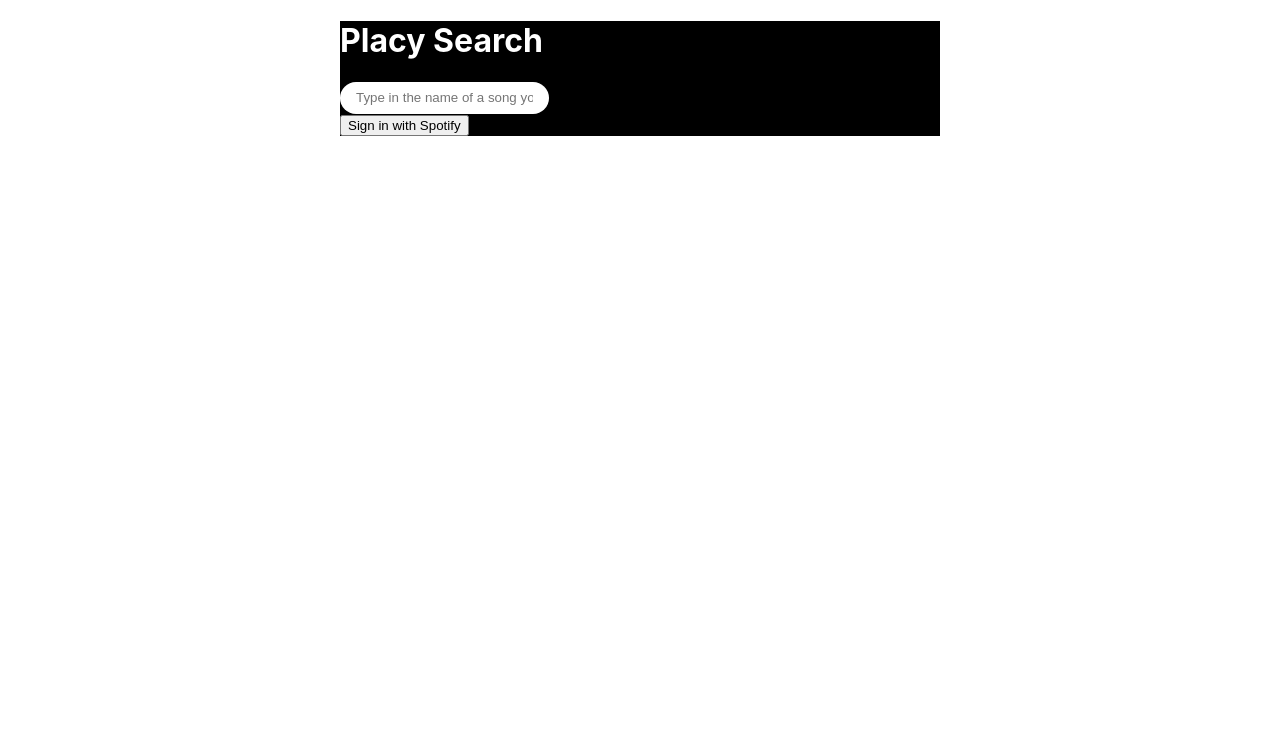
Repository: hideodaikoku/placy-jr
Page: /
An editor plug-in stored every save of this project. The page is shown before and after the next save, followed by the edit.
The browser window is 1280 px wide. The pictures show the whole page.
The project was rebuilt for these pictures with package versions that can differ from the ones it lists, and the page was loaded fresh each time.

Above is the page before, as saved 2020-03-17 01:28:06.

### public/index.html
<!DOCTYPE html>
<html lang="en">
  <head>
    <meta charset="utf-8" />
    <link rel="icon" href="%PUBLIC_URL%/favicon.ico" />
    <meta name="viewport" content="width=device-width, initial-scale=1" />
    <link rel="apple-touch-icon" href="%PUBLIC_URL%/logo192.png" />
    <title>Placy </title>
  </head>
  <body>
    <noscript>You need to enable JavaScript to run this app.</noscript>
    <div id="root"></div>
  </body>
</html>

### src/index.js
import React from 'react';
import ReactDOM from 'react-dom';
import './styles/index.css';
import App from './components/App';
import * as serviceWorker from './serviceWorker';

ReactDOM.render(<App />, document.getElementById('root'));
serviceWorker.unregister();

### src/components/App.js
import React, {Component} from "react";
import SearchBar from "./SearchBar";
import AppStyles from "../styles/app.module.css";

export default class App extends Component {

    constructor(){
        super();
        this.state = {
            query : ''
        }
        this._handleInputChange = this._handleInputChange.bind(this);
    }


    _handleInputChange = (val) => {
        this.setState({
            query: val
        })
    }

    render(){
        return(
            <div className={AppStyles.content}>
                <div
                    className = {AppStyles.container}
                >
                    <div className={AppStyles.search}>
                        <h1 className={AppStyles.header}>Placy Search</h1>
                        <SearchBar
                            handleInputChange = {this._handleInputChange}
                            query = {this.state.query}
                        />
                    </div>
                    <button
                        onClick={() => {window.location = 'http://localhost:5000/login'}}
                        className="loginButton"
                    >
                        Sign in with Spotify
                    </button>
                </div>
            </div>
        )
    }
}

### src/components/SearchBar.js
import React, {Component} from "react";
import SearchStyles from "../styles/search.module.css";

class SearchBar extends Component{

    render(){
        const placeholder = "Type in the name of a song you like";
        return(
            <div>
                <input
                className = {SearchStyles.input}
                onChange={ (e) => this.props.handleInputChange(e.target.value)}
                placeholder = {placeholder}
                />
            </div>
        )
    }
}

export default SearchBar;

### src/styles/app.module.css
.container{
    max-width: 600px;
    margin: 0 auto;
    height: 100%;
    background-color: black;
}

.header{
    color: white;
}

.text{
    color: white;
}

.search-bar{
    position: absolute;
    position: absolute;
    top: 30%;
    width: 100%;
}

### src/styles/search.module.css
.input{

    height: 2rem;
    border-radius: 1rem;
    border: none;
    padding: 0 1rem;

}

Loaded but not shown: src/styles/index.css (common file); src/serviceWorker.js (common file)

After the next save:
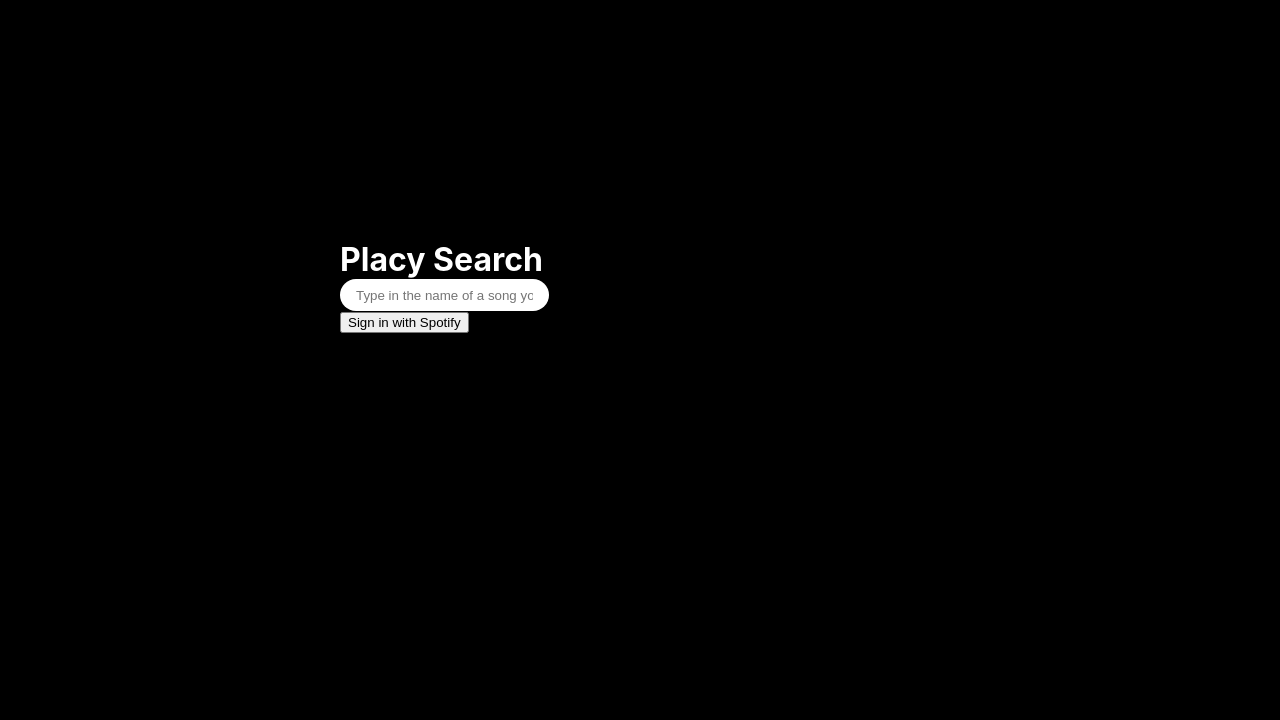
Saved 19 s later.
--- a/src/styles/app.module.css
+++ b/src/styles/app.module.css
@@ -1,21 +1,30 @@
+.content{
+    background-color: black;
+    height: 100vh;
+    margin: 0;
+}
+
 .container{
     max-width: 600px;
     margin: 0 auto;
-    height: 100%;
-    background-color: black;
+    display: relative;
 }
 
 .header{
     color: white;
+    margin:0 auto;
 }
 
 .text{
     color: white;
 }
 
-.search-bar{
-    position: absolute;
-    position: absolute;
-    top: 30%;
-    width: 100%;
+.search{
+    width: 40%;
+    padding-top: 40%;
+    width: 40vw;
 }
+
+.login-button{
+    padding: 1rem;
+}
